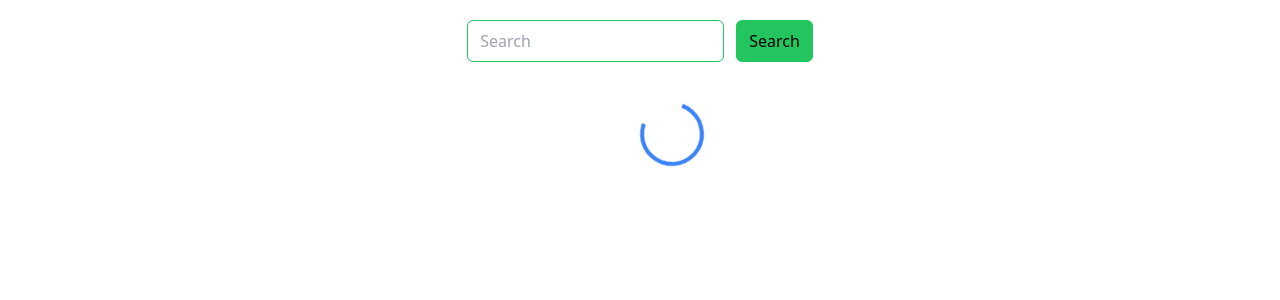
Repository: kimhieu153255/Image-search-app
Page: /
These files come from the project's save history. The page is drawn as it stood at one moment and after the next save; the edit follows.
The browser window is 1280 px wide. The pictures show the whole page.
The page's requests for data from a server got no answer. The project was rebuilt for these pictures with package versions that can differ from the ones it lists, and the page was loaded fresh each time. No one was signed in, and anything a server would have sent is missing. Also part of the build but not shown: vite.config.js, src/Components/Card/Card.jsx.

Above is the page before, as saved 2023-10-27 01:06:41.
Console error: TypeError: setDataFunc is not a function

### index.html
<!doctype html>
<html lang="en">
  <head>
    <meta charset="UTF-8" />
    <link rel="icon" type="image/svg+xml" href="/vite.svg" />
    <meta name="viewport" content="width=device-width, initial-scale=1.0" />
    <title>20120474-LeKimHieu</title>
  </head>
  <body>
    <div id="root"></div>
    <script type="module" src="/src/main.jsx"></script>
  </body>
</html>

### src/main.jsx
import React from "react";
import ReactDOM from "react-dom/client";
import App from "./App.jsx";
import "./index.css";
import { DataProvider } from "./Components/Contexts/Data.jsx";

ReactDOM.createRoot(document.getElementById("root")).render(
  <React.StrictMode>
    <DataProvider>
      <App />
    </DataProvider>
  </React.StrictMode>
);

### src/App.jsx
import { useContext, useEffect, useState } from "react";
import CardList from "./Components/Card/CardList";
import Search from "./Components/Search/Search";
import { DataContext } from "./Components/Contexts/Data";
import { debounce } from "lodash";

function App() {
  const { setDataFunc, page } = useContext(DataContext);
  const [isLoading, setIsLoading] = useState(false);

  useEffect(() => {
    const handleScroll = debounce(() => {
      setIsLoading((prev) => !prev);
      const scrollY = window.scrollY || window.pageYOffset;
      const windowHeight = window.innerHeight;
      const viewHeight = document.body.scrollHeight;
      if (scrollY + windowHeight >= viewHeight) setDataFunc(page + 1);
    }, 1000);
    setIsLoading((prev) => !prev);
    window.addEventListener("scroll", handleScroll);
    return () => {
      window.removeEventListener("scroll", handleScroll);
    };
  }, [page, setDataFunc]);

  return (
    <div className="w-full relative">
      <div className="flex flex-col items-center gap-5 my-5">
        <Search></Search>
        <CardList></CardList>
        {isLoading && (
          <div className="inset-0 backdrop-blur-sm">
            <div className="inline-block h-16 w-16 animate-spin rounded-full border-4 border-solid border-r-transparent align-[-0.125em] text-secondary motion-reduce:animate-[spin_1.5s_linear_infinite] border-blue-500 absolute top-1/2 left-1/2 backdrop-blur-[2px]">
              <span className="!absolute !-m-px !h-px !w-px !overflow-hidden !whitespace-nowrap !border-0 !p-0 ![clip:rect(0,0,0,0)]"></span>
            </div>
          </div>
        )}
      </div>
    </div>
  );
}

export default App;

### src/Components/Contexts/Data.jsx
import { createContext, useRef, useState } from "react";
import AxiosInstance from "../Axios/AxiosInstance";
const DataContext = createContext();

const DataProvider = (props) => {
  const [data, setData] = useState([]);
  const [page, setPage] = useState(1);
  const [search, setSearch] = useState("");
  const setDataFuncRef = useRef();

  const setDataFunc = async (pageTemp) => {
    try {
      const res = await AxiosInstance.get(`&query=${search}&page=${pageTemp}`);
      if (res) {
        const temp = res.data.results.map((item) => {
          return {
            id: item.id,
            alt_description: item.alt_description,
            url: item.urls.thumb,
          };
        });
        if (pageTemp === 1) {
          setData(temp);
          setPage(1);
        } else {
          setData((prev) => [...prev, ...temp]);
          setPage((prev) => prev + 1);
        }
      }
    } catch (err) {
      console.log(err);
    }
  };
  setDataFuncRef.current = setDataFunc;

  const value = {
    data,
    setData,
    search,
    setSearch,
    page,
    setPage,
    setDataFuncRef,
  };
  return <DataContext.Provider value={value} {...props}></DataContext.Provider>;
};

export { DataContext, DataProvider };

### src/Components/Card/CardList.jsx
import { useContext } from "react";
import { DataContext } from "../Contexts/Data";
import Card from "./Card";

const CardList = () => {
  const data = useContext(DataContext);
  return (
    <div className="grid sm:grid-cols-3 md:grid-cols-4 lg:grid-cols-5 gap-3">
      {data.data.map((item, ind) => (
        <Card key={ind} title={item.alt_description} src={item.url}></Card>
      ))}
    </div>
  );
};

export default CardList;

### src/Components/Search/Search.jsx
import { useContext } from "react";
import { DataContext } from "../Contexts/Data";

const Search = () => {
  const { setDataFuncRef, setSearch, search } = useContext(DataContext);
  return (
    <div className="flex gap-3">
      <input
        type="text"
        placeholder="Search"
        className="inline-block px-3 py-2 border border-green-500 rounded-md"
        onChange={(e) => {
          console.log(e.target.value, search);
          setSearch(e.target.value);
        }}
      />
      <button
        type="submit"
        className="px-3 py-2 bg-green-500 border border-green-500 hover:bg-green-600 hover:border-green-600 rounded-md"
        onClick={() => {
          setDataFuncRef.current(1);
        }}
      >
        Search
      </button>
    </div>
  );
};

export default Search;

### src/Components/Axios/AxiosInstance.jsx
import axios from "axios";
import KeyAPI from "../../KeyAPI";

const AxiosInstance = axios.create({
  baseURL: `https://api.unsplash.com/search/photos?client_id=${KeyAPI.Access_Key}&per_page=20`,
});

export default AxiosInstance;

### src/KeyAPI.js
const KeyAPI = {
  Access_Key: "7Lcwlh9DbVauadS0QCdraGyZjRFFbjqd0XSuBE-jzFM",
  Secret_key: "nPKRLW2TfslTWSn-oJcRIoZNJ9j4_6ySiHVUvNd4sGY",
};
export default KeyAPI;

Loaded but not shown: src/index.css (common file); tailwind.config.js (common file)

After the next save:
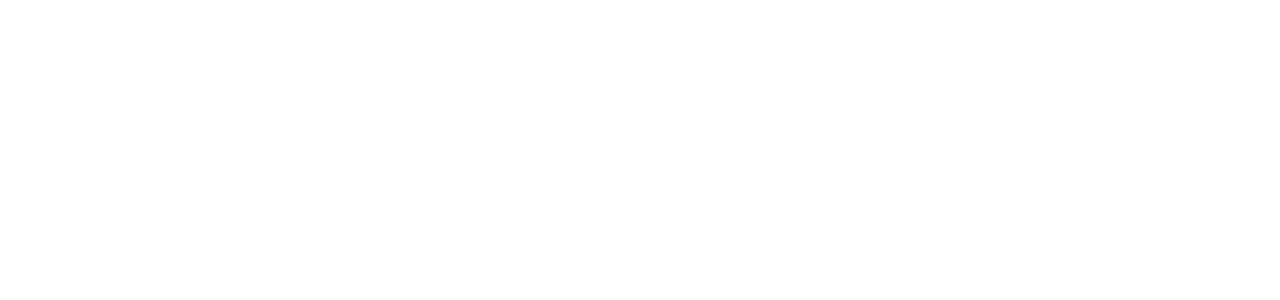
Console error: ReferenceError: setDataFunc is not defined
Saved 23 s later.
--- a/src/App.jsx
+++ b/src/App.jsx
@@ -5,7 +5,7 @@
 import { debounce } from "lodash";
 
 function App() {
-  const { setDataFunc, page } = useContext(DataContext);
+  const { setDataFuncRef, page } = useContext(DataContext);
   const [isLoading, setIsLoading] = useState(false);
 
   useEffect(() => {
@@ -14,7 +14,8 @@
       const scrollY = window.scrollY || window.pageYOffset;
       const windowHeight = window.innerHeight;
       const viewHeight = document.body.scrollHeight;
-      if (scrollY + windowHeight >= viewHeight) setDataFunc(page + 1);
+      if (scrollY + windowHeight >= viewHeight)
+        setDataFuncRef.current(page + 1);
     }, 1000);
     setIsLoading((prev) => !prev);
     window.addEventListener("scroll", handleScroll);

After the save that followed:
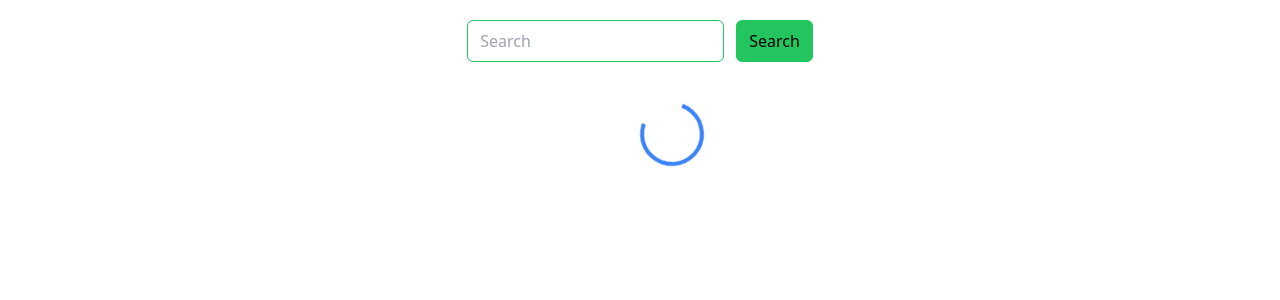
The error is gone.
Saved 6 s later.
--- a/src/App.jsx
+++ b/src/App.jsx
@@ -22,7 +22,7 @@
     return () => {
       window.removeEventListener("scroll", handleScroll);
     };
-  }, [page, setDataFunc]);
+  }, [page, setDataFuncRef]);
 
   return (
     <div className="w-full relative">
